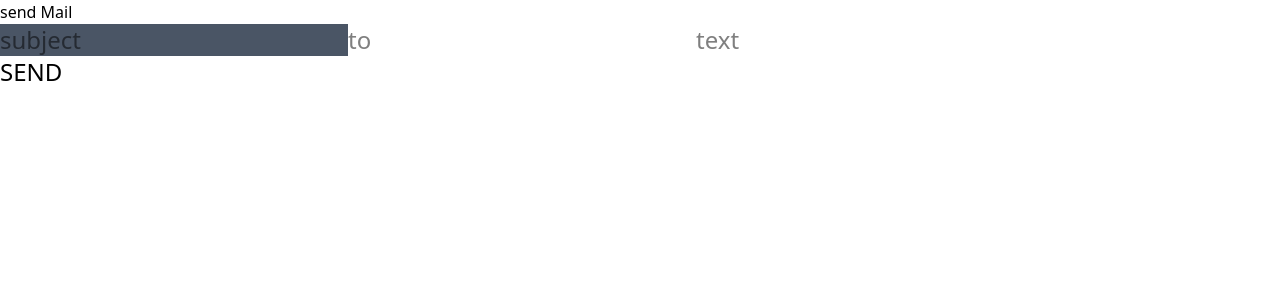
Repository: ridhukhan/sendmail
Page: / (app in Frontend/)
The author's editor kept a copy of each file at every save. The page is drawn from the files as they stood at one save, then again after the next save.
The browser window is 1280 px wide. The pictures show the whole page.
The project was rebuilt for these pictures with package versions that can differ from the ones it lists, and the page was loaded fresh each time.

Above is the page before, as saved 2026-02-10 14:52:47.

After the next save:
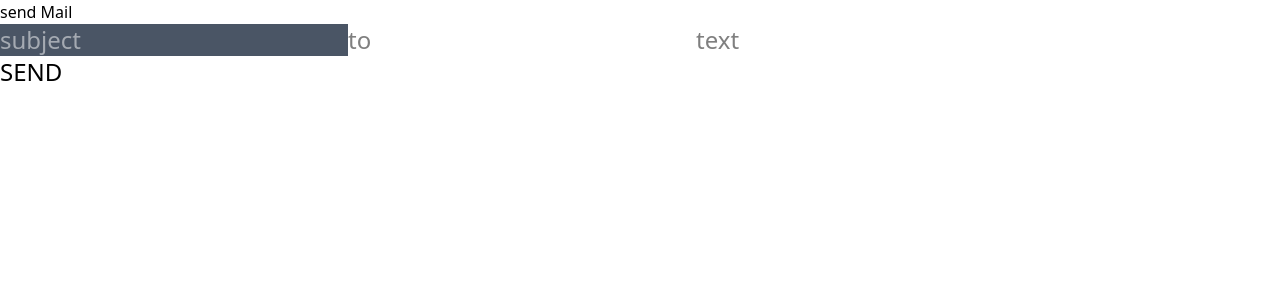
Saved 19 s later.
--- a/Frontend/src/App.jsx
+++ b/Frontend/src/App.jsx
@@ -5,7 +5,7 @@ function App() {
     <>
     <h1>send Mail </h1>
     <form className="flex-col text-2xl align-middle justify-center">
-<input type="text" name="" id="" placeholder='subject' className="bg-gray-600"/>
+<input type="text" name="" id="" placeholder='subject' className="bg-gray-600 text-white"/>
 
 
 <input type="email" name="" id="" placeholder='to' />
